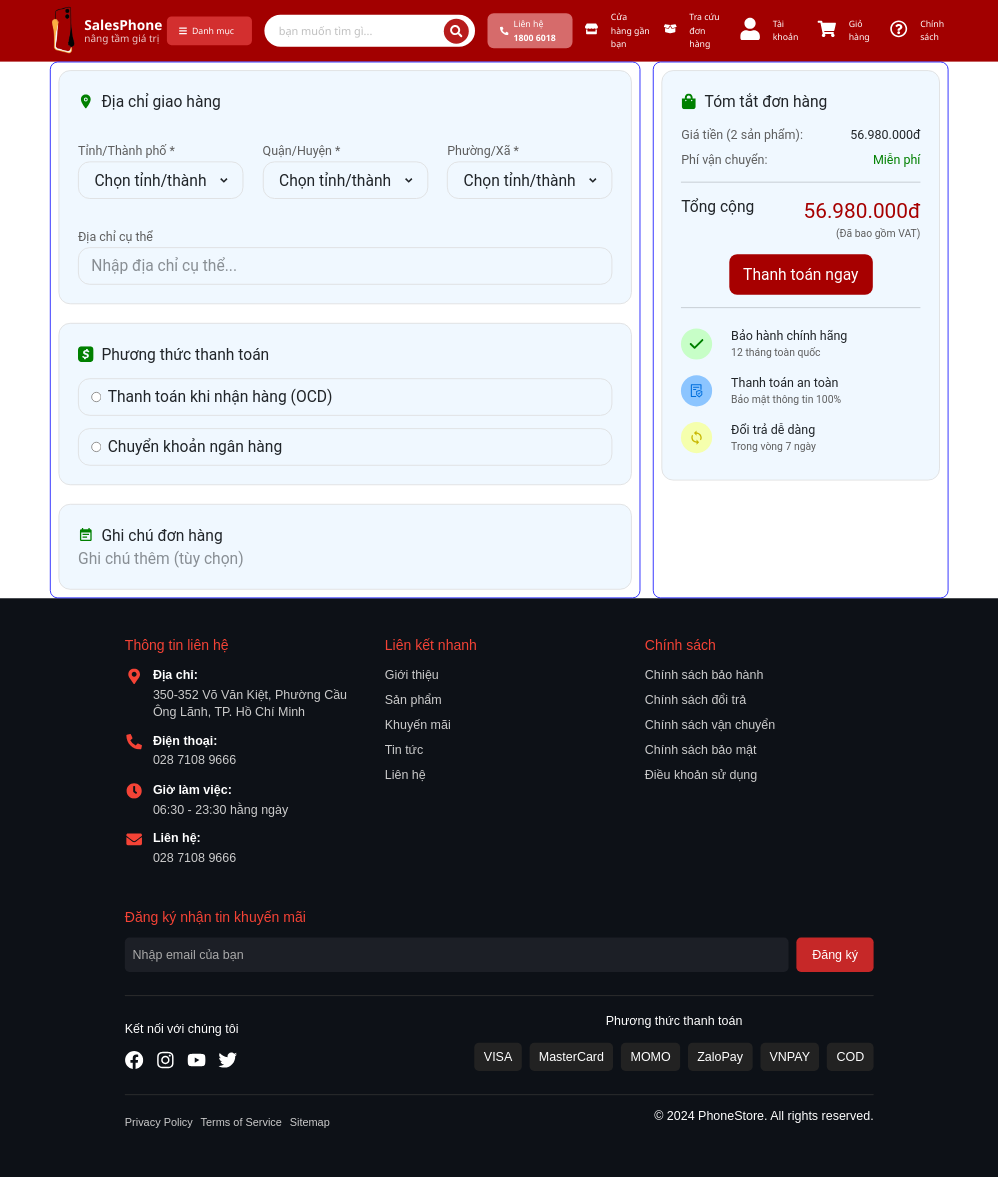
Repository: nguyenhuuluanTTB/cn-da22ttb-nguyenhuuluan-website_salesphone-nextjs_nodejs
Page: /order (app in Project_SalesPhone/client/salesphone/)
The author's editor kept a copy of each file at every save. The page is drawn from the files as they stood at one save, then again after the next save.
The browser window is 1280 px wide. The pictures show the whole page, at 78% of full size.
The project was rebuilt for these pictures with package versions that can differ from the ones it lists, and the page was loaded fresh each time. The framework's server and built-in components were replaced by stand-ins that run in the browser. Also part of the build but not shown: Project_SalesPhone/client/salesphone/next.config.ts.

Above is the page before, as saved 2025-12-02 03:02:27.

### Project_SalesPhone/client/salesphone/app/layout.tsx

import "./globals.css";
import Header from "./components/Header/Header";
import Footer from "./components/Footer/Footer";


import 'bootstrap/dist/css/bootstrap.min.css';


export const metadata = {
  title: "SalesPhone",
  description: "Website bán điện thoại",
};

export default function RootLayout({
  children,
}: {
  children: React.ReactNode;
}) {
  return (
    <html lang="vi">
      <body>
        {/* Thêm Header ở đây */}
        <Header />

        {/* Nội dung trang */}
        {children}
        <Footer />
      </body>
    </html>
  );
}

### Project_SalesPhone/client/salesphone/app/components/Header/Header.tsx
import Link from "next/link";
import Image from "next/image";
import { FaBars, FaPhoneAlt, FaStore, FaBoxOpen, FaUser, FaShoppingCart, FaSearch, FaRegQuestionCircle } from "react-icons/fa";
import styles from "./Header.module.scss";
import logo from "./asset/logo.png";

export default function Header () {
    return(
        <header className={styles.header}>

        <div className={styles.container}>
        {/* Logo */}
        <div className={styles.logo_category}>

            {/* Danh mục */}
            <button className={styles.categoryBtn}>
                <FaBars />
                <span>Danh mục</span>
            </button>

             <div className={styles.logo}>
                <Image src={logo} alt="SalesPhone Logo" width={40} height={40} />
                <div className={styles.logoText}>
                    <span className={styles.brand}>SalesPhone</span>
                    <span className={styles.slogan}>nâng tầm giá trị</span>
                </div>


            </div>

             <Link href="#" className={`${styles.navItem} ${styles.giohang}`}>
                  <FaShoppingCart />
            </Link>

        </div>




        {/* Ô tìm kiếm */}
        <div className={styles.searchBox}>
          <input type="text" placeholder="bạn muốn tìm gì..." />
          <button className={styles.searchBtn}>
            <FaSearch />
          </button>
        </div>

        {/* Liên hệ */}
        <div className={styles.contact}>
          <FaPhoneAlt />
          <div>
            <span>Liên hệ</span> <br/>
            <strong>1800 6018</strong>
          </div>
        </div>



        {/* Các icon chức năng */}
        <nav className={styles.nav}>
          <Link href="#" className={`${styles.navItem} ${styles.cuahangganban}`}>
            <FaStore />
            <span>Cửa hàng gần bạn</span>
          </Link>
          <Link href="#" className={`${styles.navItem} ${styles.tracuudonhang}`}>
            <FaBoxOpen />
            <span>Tra cứu đơn hàng</span>
          </Link>
          <Link href="#" className={`${styles.navItem} ${styles.taikhoan}`}>
            <FaUser />
            <span>Tài khoản</span>
          </Link>
          <Link href="#" className={`${styles.navItem} `}>
            <FaShoppingCart />
            <span>Giỏ hàng</span>
          </Link>
          <Link href="#" className={`${styles.navItem} ${styles.chinhsach}`}>
            <FaRegQuestionCircle />
            <span>Chính sách</span>
          </Link>
        </nav>
      </div>



        </header>



    );
}

### Project_SalesPhone/client/salesphone/app/components/Footer/Footer.tsx
import React from "react";
import styles from "./Footer.module.scss";


import {
  FaFacebook ,
  FaInstagram,
  FaYoutube,
  FaTwitter,
  FaMapMarkerAlt,
  FaPhoneAlt,
  FaClock,
  FaEnvelope,
} from "react-icons/fa";

export default function Footer() {
  return (
    <footer className={styles.footer}>
      <div className={styles.container}>
        {/* --- Thông tin liên hệ --- */}
        <div className={styles.column}>
          <h3 className={styles.title}>Thông tin liên hệ</h3>

          <div className={styles.infoItem}>
            <FaMapMarkerAlt className={styles.icon} />
            <div>
              <strong>Địa chỉ:</strong>
              <p>350-352 Võ Văn Kiệt, Phường Cầu Ông Lãnh, TP. Hồ Chí Minh</p>
            </div>
          </div>

          <div className={styles.infoItem}>
            <FaPhoneAlt className={styles.icon} />
            <div>
              <strong>Điện thoại:</strong>
              <p>028 7108 9666</p>
            </div>
          </div>

          <div className={styles.infoItem}>
            <FaClock className={styles.icon} />
            <div>
              <strong>Giờ làm việc:</strong>
              <p>06:30 - 23:30 hằng ngày</p>
            </div>
          </div>

          <div className={styles.infoItem}>
            <FaEnvelope className={styles.icon} />
            <div>
              <strong>Liên hệ:</strong>
              <p>028 7108 9666</p>
            </div>
          </div>
        </div>

        {/* --- Liên kết nhanh --- */}
        <div className={styles.column}>
          <h3 className={styles.title}>Liên kết nhanh</h3>
          <ul>
            <li>Giới thiệu</li>
            <li>Sản phẩm</li>
            <li>Khuyến mãi</li>
            <li>Tin tức</li>
            <li>Liên hệ</li>
          </ul>
        </div>

        {/* --- Chính sách --- */}
        <div className={styles.column}>
          <h3 className={styles.title}>Chính sách</h3>
          <ul>
            <li>Chính sách bảo hành</li>
            <li>Chính sách đổi trả</li>
            <li>Chính sách vận chuyển</li>
            <li>Chính sách bảo mật</li>
            <li>Điều khoản sử dụng</li>
          </ul>
        </div>

        {/* --- Đăng ký nhận tin --- */}
        <div className={styles.column}>
          <h3 className={styles.title}>Đăng ký nhận tin khuyến mãi</h3>
          <div className={styles.subscribe}>
            <input type="email" placeholder="Nhập email của bạn" />
            <button>Đăng ký</button>
          </div>
        </div>
      </div>

      {/* --- Mạng xã hội --- */}
      <div className={styles.social_payment}>
          <div className={styles.social}>
            <p>Kết nối với chúng tôi</p>
            <div style={{display: 'flex', flexDirection: 'row', gap: '1rem', fontSize: '18pt'}}>
              <FaFacebook  />
              <FaInstagram />
              <FaYoutube />
              <FaTwitter />
            </div>

          </div>

          {/* --- Phương thức thanh toán --- */}
          <div className={styles.payment}>
            <p>Phương thức thanh toán</p>
            <div className={styles.methods}>
              <span>VISA</span>
              <span>MasterCard</span>
              <span>MOMO</span>
              <span>ZaloPay</span>
              <span>VNPAY</span>
              <span>COD</span>
            </div>
          </div>
      </div>


      {/* --- Footer bottom --- */}
      <div className={styles.bottom}>
        <p>© 2024 PhoneStore. All rights reserved.</p>
        <div className={styles.links}>
          <a href="#">Privacy Policy</a>
          <a href="#">Terms of Service</a>
          <a href="#">Sitemap</a>
        </div>
      </div>
    </footer>
  );
}

### Project_SalesPhone/client/salesphone/app/order/order.module.scss
.order{
    font-family: 'Roboto', sans-serif;
    padding: 0 4rem;
}


.gridContainer{
    display: grid;
    grid-template-columns: minimax(450, 2fr) minimax(200px, 1fr);
    gap: 1rem;
    min-width: 320px;
    margin: 0 auto;

    grid-template-areas: "item1 item2";
}

.item:nth-child(1) {grid-area: item1;}
.item:nth-child(2) {grid-area: item2;}

.item{
    font-size: 20px;
    padding: 10px;
    border-radius: 10px;
    min-width: 200px;
    border: 1px solid blue;
}

@media (max-width: 1600px) {
  .gridContainer {
    // grid-template-columns: repeat(2, 1fr);
    grid-template-columns: minmax(450px, 2fr) minmax(200px, 1fr);
    grid-template-areas:
      "item1 item2";
  }
}

@media (max-width: 1200px) {
    .gridContainer{
        grid-template-columns: 1fr;
        grid-template-areas:
            "item1"
            "item2";
    }
}

.item1{
    gap: 1.5rem;
    display: flex;
    flex-direction: column;
}


.diachigiaohang{
    display: flex;
    flex-direction: row;
    justify-content: space-between;
    margin: 2rem 0;
}

.title_location{
    display: flex;
    flex-direction: row;
    align-items: center;
    gap: 10px;
}

.thongtindiachi{
    background-color: aliceblue;
    border: solid 1px gainsboro;
    padding: 1.5rem;
    border-radius: 15px;
}

.tinh, .quan, .phuong{
    border: solid 1px gainsboro;
    padding: 0.5rem 1rem;
    border-radius: 15px;
}

.diachicuthe{
    border: solid 1px gainsboro;
    padding: 0.5rem 1rem;
    border-radius: 15px;
    width: 100%;
}

//Phần lựa chọn thanh toán
.typecash{
    display: flex;
    border-radius: 15px;
    padding: 0.5rem 1rem;
    border: solid 1px gainsboro;
    gap: 0.5rem;
}

.luachonthanhtoan{
    margin-top: 1rem;
    gap: 1rem;
    display: flex;
    flex-direction: column;
}


//đơn hàng
.donhang{
    display: flex;
    flex-direction: column;
    background-color: aliceblue;
    border: solid 1px gainsboro;
    padding: 1.5rem;
    border-radius: 15px;

    button{
        background-color: #A70000;
        width: 60%;
        display: block;
        margin: 0 auto;
        color: #fff;
        padding: 0.7rem 1rem;
        border-radius: 10px;
        transition: all 0.3s;
        margin-top: 1rem;
    }

    button:hover{
        background-color: #fa1a1a;
        scale: 1.05;
    }
}

.tien{
    display: flex;
    flex-direction: row;
    justify-content: space-between;
}


.baohanh, .ttat, .doitra{
    display: flex;
    flex-direction: row;
    align-items: center;
    justify-content: start;
    gap: 1.5rem;
    margin: 0.5rem 0;

    .baohanh_icon{
        color: green;
        background: rgb(199, 254, 199);
        border-radius: 20px;
        padding: 10px;
    }

    .baohanh_content{
        flex-direction: column;
        display: flex;
    }

    span{
        font-size: 12pt;
    }
}

.ttat_icon{
    color: rgb(0, 111, 221);
    background: rgb(140, 197, 255);
    border-radius: 20px;
    padding: 10px;
}

.doitra_icon{
    color: rgb(200, 184, 1);
    background: rgb(245, 255, 173);
    border-radius: 20px;
    padding: 10px;
}

### Project_SalesPhone/client/salesphone/app/components/Header/Header.module.scss
.header {
  background-color: #a20000;
  color: white;
  padding: 8px 20px;
  font-family: "Segoe UI", sans-serif;
}

.container {
  max-width: 1200px; /* Giới hạn chiều rộng */
  margin: 0 auto; /* Căn giữa */
  display: flex;
  align-items: center;
  justify-content: space-between;
  gap: 16px;
  padding: 0 20px; /* thêm khoảng trống 2 bên */
}


.logo {
  display: flex;
  align-items: center;
  gap: 8px;

  .logoText {
    display: flex;
    flex-direction: column;
    line-height: 1.1;

    .brand {
      font-size: 1.1rem;
      font-weight: bold;
    }

    .slogan {
      font-size: 0.8rem;
      opacity: 0.8;
    }
  }
}

.logo_category{
    display: flex;
    align-items: center;
}


.categoryBtn {
  display: flex;
  align-items: center;
  gap: 6px;
  background-color: #d32f2f;
  border: none;
  color: white;
  padding: 10px 15px;
  border-radius: 6px;
  cursor: pointer;
  font-size: 0.7rem;
  margin-left: 30px;
  width: 125px;
  &:hover {
    background-color: #b71c1c;
  }
}

.searchBox {
  display: flex;
  align-items: center;
  background: #fff;
  border-radius: 9999px; /* Bo tròn */
  padding: 4px 8px;
  width: 350px;
  transition: all 0.2s ease;
  color: gray;
  input {
    flex: 1;
    border: none;
    outline: none;
    font-size: 14px;
    padding: 6px 10px;
    background: transparent;
  }

  button {
    border: none;
    background: #b71c1c; /* màu đỏ chủ đạo */
    color: white;
    border-radius: 50%;
    width: 32px;
    height: 32px;
    display: flex;
    align-items: center;
    justify-content: center;
    cursor: pointer;
    transition: background 0.2s ease;
  }

  button:hover {
    background: #d32f2f; /* đỏ sáng hơn khi hover */
  }

  &:focus-within {
    box-shadow: 0 0 0 2px #ffcdd2; /* hiệu ứng khi nhập */
  }
}


.contact {
  display: flex;
  align-items: center;
  gap: 6px;
  background-color: #d66b6b;
  border-radius: 8px;
  padding: 6px 16px;
  width: 140px;
  font-size: 0.7rem;

  strong {
    display: block;
  }
}

.nav {
  display: flex;
  align-items: center;
  gap: 18px;

  .navItem {
    display: flex;
    flex-direction: row;
    align-items: center;
    color: white;
    font-size: 0.7rem;
    text-decoration: none;
    transition: opacity 0.2s;
    gap: 1rem;

    svg {
      font-size: 2rem;
      margin-bottom: 4px;
    }

    &:hover {
      opacity: 0.8;
    }

  }
}

.giohang svg{
  display: none;
}

.logo_category{
  display: flex;
  flex-direction: row-reverse;
}

/* --------------------------- */
/* RESPONSIVE - MOBILE VERSION */
/* --------------------------- */

@media (max-width: 1095px) {
  .container {
    flex-wrap: wrap;
    justify-content: space-between;
    gap: 12px;
  }

  .categoryBtn span {
    display: none; /* Ẩn chữ Danh mục */
  }

  .contact,
  .nav {
    display: none; /* Ẩn các phần không cần ở mobile */
  }

  .searchBox {
    width: 100%;
    order: 3; /* Đưa xuống hàng dưới cùng */
    max-width: none;
  }

  .logo {
    flex: 1;
    justify-content: center;
  }

  .categoryBtn,
  .logo,
  .navItem:last-child {
    flex-shrink: 0;
  }

  /* Giỏ hàng giữ bên phải */
  .nav {
    display: flex;
    justify-content: flex-end;
    flex: 1;
  }

  .navItem span {
    display: none; /* Ẩn chữ, chỉ giữ icon */
  }

  .navItem svg {
    font-size: 1.4rem;
  }

  .logo_category{
      width: 100%;
      display: flex;
      align-items: center;
      flex-direction: row;
  }

  .navItem svg{
    display: none;
  }

  .categoryBtn{
    width: 50px;
    height: 50px;
    font-size: 1.3rem;
  }

  .cuahangganban svg, .tracuudonhang svg, .taikhoan svg, .chinhsach svg{
    display: none;
  }

  .giohang svg{
    display: block;
    font-size: 2rem;
  }

  .categoryBtn {
    margin-left: 0;
  }
}

### Project_SalesPhone/client/salesphone/app/components/Footer/Footer.module.scss
.footer {
  background-color: #0d1117;
  color: #fff;
  padding: 50px 10rem;
  font-family: sans-serif;
}

.container {
  display: flex;
  flex-wrap: wrap;
  justify-content: space-between;
  gap: 40px;
  border-bottom: 1px solid #333;
  padding-bottom: 30px;
}

.column {
  flex: 1;
  min-width: 240px;
}

.title {
  color: #f44336;
  font-size: 18px;
  margin-bottom: 15px;
}

/* --- Thông tin liên hệ --- */
.infoItem {
  display: flex;
  align-items: flex-start;
  gap: 12px;
  margin-bottom: 12px;
}

.icon {
  font-size: 20px;
  color: #f44336;
  min-width: 24px;
  margin-top: 3px;
}

.infoItem p {
  margin: 2px 0;
  color: #ccc;
  line-height: 1.4;
}

/* --- Liên kết --- */
.column ul {
  list-style: none;
  padding: 0;
}

.column ul li {
  margin: 8px 0;
  cursor: pointer;
  transition: color 0.2s ease;
  color: #ccc;
}

.column ul li:hover {
  color: #f44336;
}

/* --- Đăng ký --- */
.subscribe {
  display: flex;
  gap: 10px;
  margin-top: 10px;
}

.subscribe input {
  flex: 1;
  padding: 10px;
  border: none;
  border-radius: 6px;
  background: #1c1f26;
  color: #fff;
}

.subscribe input::placeholder {
  color: #aaa;
}

.subscribe button {
  background-color: #c62828;
  color: #fff;
  border: none;
  padding: 10px 20px;
  border-radius: 6px;
  cursor: pointer;
  transition: background 0.3s;
}

.subscribe button:hover {
  background-color: #e53935;
}

.social_payment{
    display: flex;
    flex-direction: row;
    justify-content: space-between;
}

/* --- Mạng xã hội --- */
.social {
  text-align: center;
  margin-top: 30px;
}

.icons {
  display: flex;
  justify-content: center;
  gap: 15px;
  margin-top: 10px;

}

.icons svg {
  background: #222;
  padding: 10px;
  border-radius: 50%;
  font-size: 18px;
  cursor: pointer;
  transition: all 0.3s ease;
}

.icons svg:hover {
  background: #f44336;
  transform: scale(1.1);
}

/* --- Thanh toán --- */
.payment {
  text-align: center;
  margin-top: 20px;
}

.methods {
  display: flex;
  justify-content: center;
  flex-wrap: wrap;
  gap: 10px;
  margin-top: 10px;
}

.methods span {
  background: #222;
  padding: 6px 12px;
  border-radius: 6px;
}

/* --- Dưới cùng --- */
.bottom {
  border-top: 1px solid #333;
  margin-top: 30px;
  padding-top: 15px;
  display: flex;
  flex-direction: row-reverse;
  justify-content: space-between;
  align-items: center;
  gap: 5px;
}

.links {
  display: flex;
  gap: 10px;
}

.links a {
  color: #ccc;
  text-decoration: none;
  font-size: 14px;
  transition: color 0.2s ease;
}

.links a:hover {
  color: #f44336;
}

/* --- Responsive --- */
@media (max-width: 768px) {
  .container {
    flex-direction: column;
  }

  .subscribe {
    flex-direction: column;
  }

  .subscribe input,
  .subscribe button {
    width: 100%;
  }

  .methods {
    flex-wrap: wrap;
  }

  .infoItem {
    align-items: flex-start;
  }
}

Loaded but not shown: Project_SalesPhone/client/salesphone/app/globals.css (common file); Project_SalesPhone/client/salesphone/app/order/page.tsx (164 lines, source omitted)

After the next save:
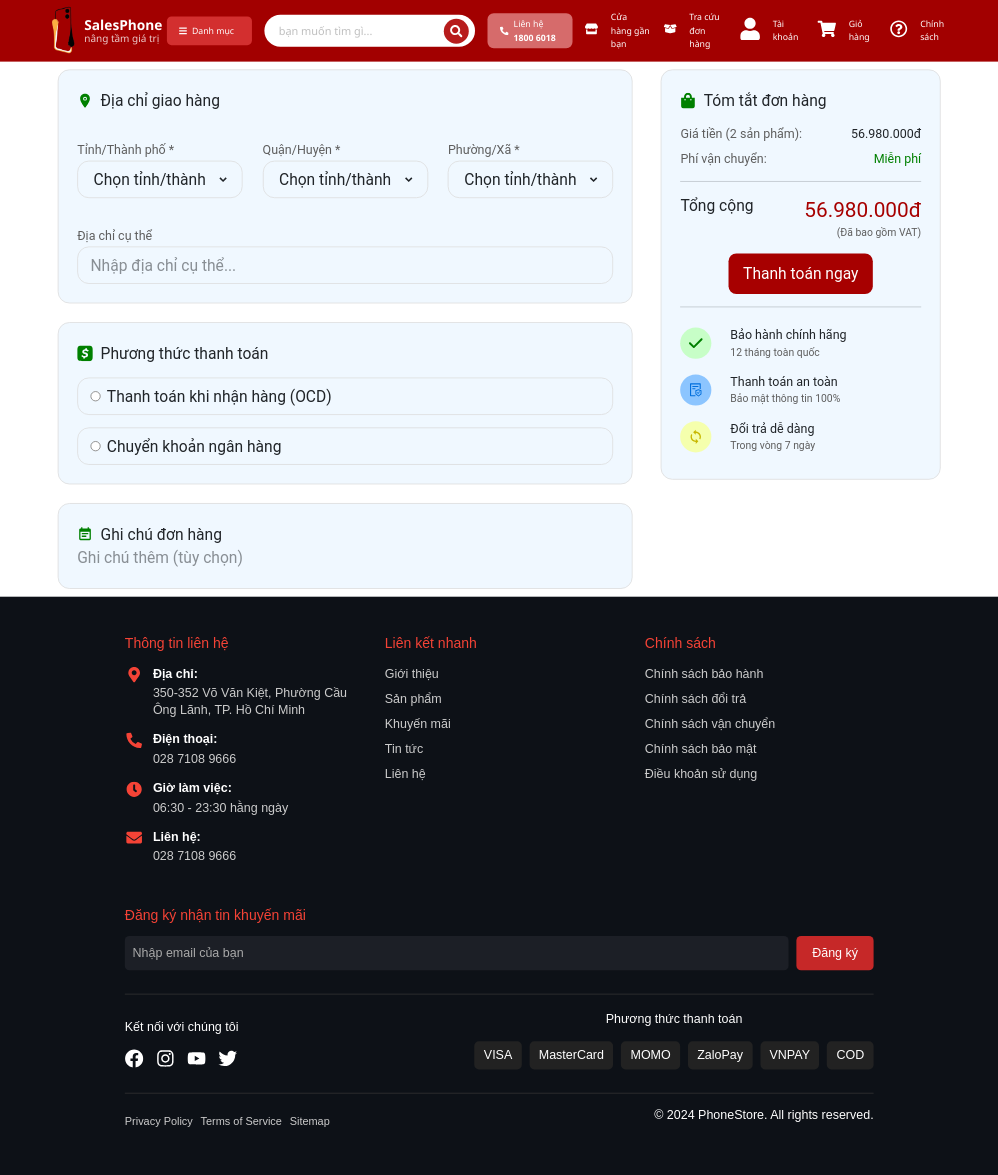
Saved 9 s later.
--- a/Project_SalesPhone/client/salesphone/app/order/order.module.scss
+++ b/Project_SalesPhone/client/salesphone/app/order/order.module.scss
@@ -22,7 +22,7 @@
     padding: 10px;
     border-radius: 10px;
     min-width: 200px;
-    border: 1px solid blue;
+    // border: 1px solid blue;
 }
 
 @media (max-width: 1600px) {
